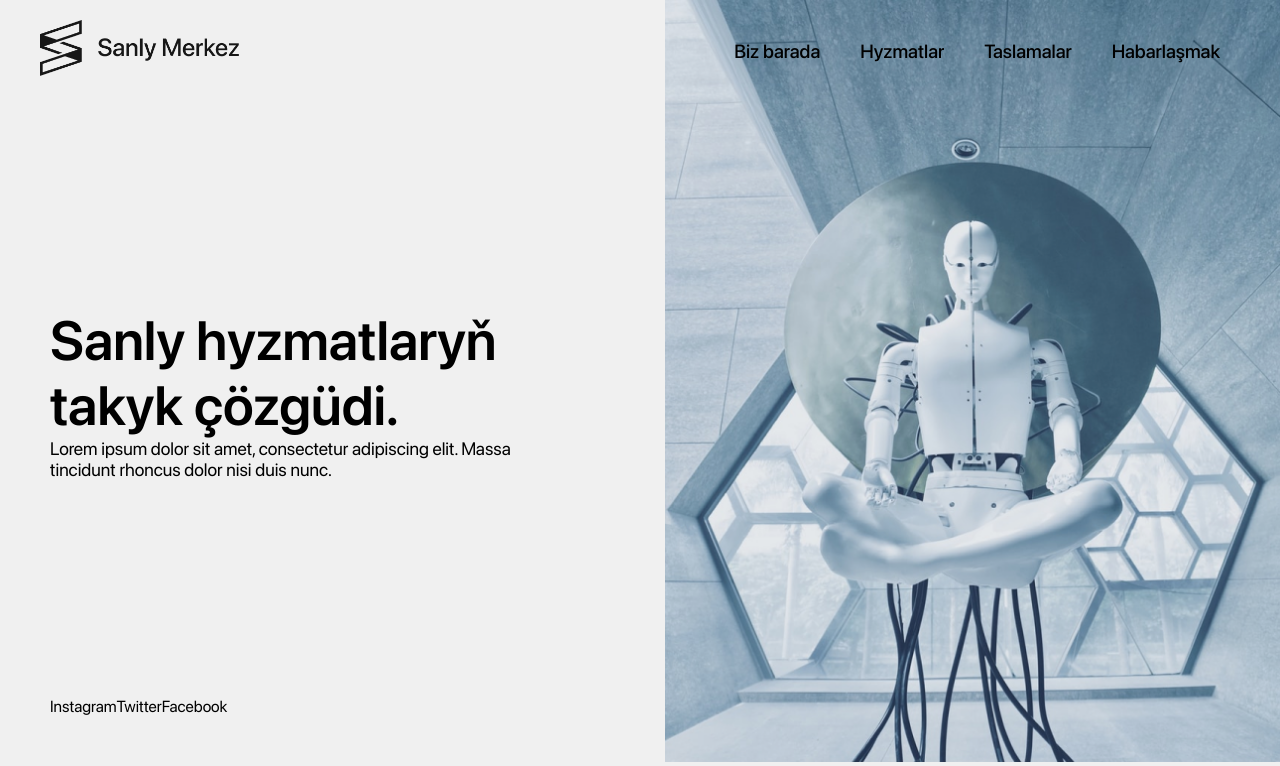
Repository: Meylis7/Sanly-Merkez-Web
Page: main.html
These files come from the project's save history. The page is drawn as it stood at one moment and after the next save; the edit follows.
The browser window is 1280 px wide. The pictures show the whole page.

Above is the page before, as saved 2022-04-26 18:56:07.

### main.html
<!DOCTYPE html>
<html lang="en" dir="ltr">
  <head>
    <meta charset="utf-8">
    <meta name="viewport" content="width=device-width, initial-scale=1.0">
    <title>Sanly merkez</title>
    <link rel="stylesheet" href="./css/main.css">
  </head>
  <body>
    <div class="main-container">
      <div class="header-container">
        <header>
          <a href="#" class="brand"><img src="/assets/logo.png" alt=""></a>
          <div class="menu">
            <div class="btn">
                <svg class="close-btn" xmlns="http://www.w3.org/2000/svg" aria-hidden="true" role="img" width="1em" height="1em" preserveAspectRatio="xMidYMid meet" viewBox="0 0 20 20"><path fill="currentColor" fill-rule="evenodd" d="M4.293 4.293a1 1 0 0 1 1.414 0L10 8.586l4.293-4.293a1 1 0 1 1 1.414 1.414L11.414 10l4.293 4.293a1 1 0 0 1-1.414 1.414L10 11.414l-4.293 4.293a1 1 0 0 1-1.414-1.414L8.586 10L4.293 5.707a1 1 0 0 1 0-1.414Z" clip-rule="evenodd"/></svg>
            </div>
            <a href="#">Biz barada</a>
            <a href="#">Hyzmatlar</a>
            <a href="#">Taslamalar</a>
            <a href="#">Habarlaşmak</a>
          </div>
          <div class="btn">
            <svg class="menu-btn" xmlns="http://www.w3.org/2000/svg" aria-hidden="true" role="img" width="1em" height="1em" preserveAspectRatio="xMidYMid meet" viewBox="0 0 20 20"><path fill="currentColor" fill-rule="evenodd" d="M3 5a1 1 0 0 1 1-1h12a1 1 0 1 1 0 2H4a1 1 0 0 1-1-1Zm0 5a1 1 0 0 1 1-1h12a1 1 0 1 1 0 2H4a1 1 0 0 1-1-1Zm6 5a1 1 0 0 1 1-1h6a1 1 0 1 1 0 2h-6a1 1 0 0 1-1-1Z" clip-rule="evenodd"/></svg>
          </div>
        </header>
      </div>

      <div class="home-section">
        <div class="home-container">
          <div class="home-left-content">
            <div class="home-slogan">
              <p class="slogan">Sanly hyzmatlaryň <br>
                takyk çözgüdi.</p>
                <p class="slogan-text">Lorem ipsum dolor sit amet, consectetur adipiscing elit. Massa <br> tincidunt rhoncus dolor nisi duis nunc.</p>
            </div>
            <div class="home-social-links">
              <a href="#">Instagram</a>
              <a href="#">Twitter</a>
              <a href="#">Facebook</a>
            </div>
          </div>
          <div class="home-right-content">
            <img src="./assets/mainphoto.png" alt="">
          </div>
        </div>
      </div>

    </div>



    <script type="text/javascript">
    //javascript for navigation bar effect on scroll
    window.addEventListener("scroll", function(){
      var header = document.querySelector("header");
      header.classList.toggle('sticky', window.scrollY > 0);
    });

    //javascript for responsive navigation sidebar menu
    var menu = document.querySelector('.menu');
    var menuBtn = document.querySelector('.menu-btn');
    var closeBtn = document.querySelector('.close-btn');

    menuBtn.addEventListener("click", () => {
      menu.classList.add('active');
    });

    closeBtn.addEventListener("click", () => {
      menu.classList.remove('active');
    });
    </script>

  </body>
</html>

### css/main.css

@font-face {
  font-family: 'SF Pro Display';
  src: url('../SFProDisplay-Medium.eot');
  src: local('../SF Pro Display Medium'), local('SFProDisplay-Medium'),
      url('../SFProDisplay-Medium.eot?#iefix') format('embedded-opentype'),
      url('../SFProDisplay-Medium.woff2') format('woff2'),
      url('../SFProDisplay-Medium.woff') format('woff'),
      url('../SFProDisplay-Medium.ttf') format('truetype');
  font-weight: 500;
  font-style: normal;
}

@font-face {
  font-family: 'SF Pro Display';
  src: url('../SFProDisplay-Heavy.eot');
  src: local('../SF Pro Display Heavy'), local('SFProDisplay-Heavy'),
      url('../SFProDisplay-Heavy.eot?#iefix') format('embedded-opentype'),
      url('../SFProDisplay-Heavy.woff2') format('woff2'),
      url('../SFProDisplay-Heavy.woff') format('woff'),
      url('../SFProDisplay-Heavy.ttf') format('truetype');
  font-weight: 900;
  font-style: normal;
}

@font-face {
  font-family: 'SF Pro Display';
  src: url('../SFProDisplay-UltralightItalic.eot');
  src: local('../SF Pro Display UltralightItalic'), local('SFProDisplay-UltralightItalic'),
      url('../SFProDisplay-UltralightItalic.eot?#iefix') format('embedded-opentype'),
      url('../SFProDisplay-UltralightItalic.woff2') format('woff2'),
      url('../SFProDisplay-UltralightItalic.woff') format('woff'),
      url('../SFProDisplay-UltralightItalic.ttf') format('truetype');
  font-weight: 200;
  font-style: italic;
}

@font-face {
  font-family: 'SF Pro Display';
  src: url('../SFProDisplay-RegularItalic.eot');
  src: local('../SF Pro Display Regular Italic'), local('SFProDisplay-RegularItalic'),
      url('../SFProDisplay-RegularItalic.eot?#iefix') format('embedded-opentype'),
      url('vSFProDisplay-RegularItalic.woff2') format('woff2'),
      url('../SFProDisplay-RegularItalic.woff') format('woff'),
      url('../SFProDisplay-RegularItalic.ttf') format('truetype');
  font-weight: normal;
  font-style: italic;
}

@font-face {
  font-family: 'SF Pro Display';
  src: url('../SFProDisplay-Thin.eot');
  src: local('../SF Pro Display Thin'), local('SFProDisplay-Thin'),
      url('../SFProDisplay-Thin.eot?#iefix') format('embedded-opentype'),
      url('../SFProDisplay-Thin.woff2') format('woff2'),
      url('../SFProDisplay-Thin.woff') format('woff'),
      url('../SFProDisplay-Thin.ttf') format('truetype');
  font-weight: 100;
  font-style: normal;
}

@font-face {
  font-family: 'SF Pro Display';
  src: url('../SFProDisplay-Light.eot');
  src: local('../SF Pro Display Light'), local('SFProDisplay-Light'),
      url('../SFProDisplay-Light.eot?#iefix') format('embedded-opentype'),
      url('../SFProDisplay-Light.woff2') format('woff2'),
      url('../SFProDisplay-Light.woff') format('woff'),
      url('../SFProDisplay-Light.ttf') format('truetype');
  font-weight: 200;
  font-style: normal;
}

@font-face {
  font-family: 'SF Pro Display';
  src: url('../SFProDisplay-BlackItalic.eot');
  src: local('../SF Pro Display Black Italic'), local('SFProDisplay-BlackItalic'),
      url('../SFProDisplay-BlackItalic.eot?#iefix') format('embedded-opentype'),
      url('../SFProDisplay-BlackItalic.woff2') format('woff2'),
      url('../SFProDisplay-BlackItalic.woff') format('woff'),
      url('../SFProDisplay-BlackItalic.ttf') format('truetype');
  font-weight: 900;
  font-style: italic;
}

@font-face {
  font-family: 'SF Pro Display';
  src: url('../SFProDisplay-Bold.eot');
  src: local('../SF Pro Display Bold'), local('SFProDisplay-Bold'),
      url('../SFProDisplay-Bold.eot?#iefix') format('embedded-opentype'),
      url('../SFProDisplay-Bold.woff2') format('woff2'),
      url('../SFProDisplay-Bold.woff') format('woff'),
      url('../SFProDisplay-Bold.ttf') format('truetype');
  font-weight: bold;
  font-style: normal;
}

@font-face {
  font-family: 'SF Pro Display';
  src: url('../SFProDisplay-Black.eot');
  src: local('../SF Pro Display Black'), local('SFProDisplay-Black'),
      url('../SFProDisplay-Black.eot?#iefix') format('embedded-opentype'),
      url('../SFProDisplay-Black.woff2') format('woff2'),
      url('../SFProDisplay-Black.woff') format('woff'),
      url('../SFProDisplay-Black.ttf') format('truetype');
  font-weight: 900;
  font-style: normal;
}

@font-face {
  font-family: 'SF Pro Display';
  src: url('../SFProDisplay-SemiboldItalic.eot');
  src: local('../SF Pro Display SemiboldItalic'), local('SFProDisplay-SemiboldItalic'),
      url('../SFProDisplay-SemiboldItalic.eot?#iefix') format('embedded-opentype'),
      url('../SFProDisplay-SemiboldItalic.woff2') format('woff2'),
      url('../SFProDisplay-SemiboldItalic.woff') format('woff'),
      url('../SFProDisplay-SemiboldItalic.ttf') format('truetype');
  font-weight: 600;
  font-style: italic;
}

@font-face {
  font-family: 'SF Pro Display';
  src: url('../SFProDisplay-Ultralight.eot');
  src: local('../SF Pro Display Ultralight'), local('SFProDisplay-Ultralight'),
      url('../SFProDisplay-Ultralight.eot?#iefix') format('embedded-opentype'),
      url('../SFProDisplay-Ultralight.woff2') format('woff2'),
      url('../SFProDisplay-Ultralight.woff') format('woff'),
      url('../SFProDisplay-Ultralight.ttf') format('truetype');
  font-weight: 200;
  font-style: normal;
}

@font-face {
  font-family: 'SF Pro Display';
  src: url('../SFProDisplay-LightItalic.eot');
  src: local('../SF Pro Display LightItalic'), local('SFProDisplay-LightItalic'),
      url('../SFProDisplay-LightItalic.eot?#iefix') format('embedded-opentype'),
      url('../SFProDisplay-LightItalic.woff2') format('woff2'),
      url('../SFProDisplay-LightItalic.woff') format('woff'),
      url('../SFProDisplay-LightItalic.ttf') format('truetype');
  font-weight: 200;
  font-style: italic;
}

@font-face {
  font-family: 'SF Pro Display';
  src: url('../SFProDisplay-ThinItalic.eot');
  src: local('../SF Pro Display ThinItalic'), local('SFProDisplay-ThinItalic'),
      url('../SFProDisplay-ThinItalic.eot?#iefix') format('embedded-opentype'),
      url('../SFProDisplay-ThinItalic.woff2') format('woff2'),
      url('../SFProDisplay-ThinItalic.woff') format('woff'),
      url('../SFProDisplay-ThinItalic.ttf') format('truetype');
  font-weight: 100;
  font-style: italic;
}

@font-face {
  font-family: 'SF Pro Display';
  src: url('../SFProDisplay-MediumItalic.eot');
  src: local('../SF Pro Display MediumItalic'), local('SFProDisplay-MediumItalic'),
      url('../SFProDisplay-MediumItalic.eot?#iefix') format('embedded-opentype'),
      url('../SFProDisplay-MediumItalic.woff2') format('woff2'),
      url('../SFProDisplay-MediumItalic.woff') format('woff'),
      url('../SFProDisplay-MediumItalic.ttf') format('truetype');
  font-weight: 500;
  font-style: italic;
}

@font-face {
  font-family: 'SF Pro Display';
  src: url('../SFProDisplay-Semibold.eot');
  src: local('SF Pro Display Semibold'), local('SFProDisplay-Semibold'),
      url('../SFProDisplay-Semibold.eot?#iefix') format('embedded-opentype'),
      url('../SFProDisplay-Semibold.woff2') format('woff2'),
      url('../SFProDisplay-Semibold.woff') format('woff'),
      url('../SFProDisplay-Semibold.ttf') format('truetype');
  font-weight: 600;
  font-style: normal;
}

@font-face {
  font-family: 'SF Pro Display';
  src: url('../SFProDisplay-HeavyItalic.eot');
  src: local('../SF Pro Display HeavyItalic'), local('SFProDisplay-HeavyItalic'),
      url('../SFProDisplay-HeavyItalic.eot?#iefix') format('embedded-opentype'),
      url('../SFProDisplay-HeavyItalic.woff2') format('woff2'),
      url('../SFProDisplay-HeavyItalic.woff') format('woff'),
      url('../SFProDisplay-HeavyItalic.ttf') format('truetype');
  font-weight: 900;
  font-style: italic;
}

@font-face {
  font-family: 'SF Pro Display';
  src: url('../SFProDisplay-Regular.eot');
  src: local('../SF Pro Display Regular'), local('SFProDisplay-Regular'),
      url('../SFProDisplay-Regular.eot?#iefix') format('embedded-opentype'),
      url('../SFProDisplay-Regular.woff2') format('woff2'),
      url('../SFProDisplay-Regular.woff') format('woff'),
      url('../SFProDisplay-Regular.ttf') format('truetype');
  font-weight: normal;
  font-style: normal;
}

@font-face {
  font-family: 'SF Pro Display';
  src: url('../SFProDisplay-BoldItalic.eot');
  src: local('../SF Pro Display BoldItalic'), local('SFProDisplay-BoldItalic'),
      url('../SFProDisplay-BoldItalic.eot?#iefix') format('embedded-opentype'),
      url('../SFProDisplay-BoldItalic.woff2') format('woff2'),
      url('../SFProDisplay-BoldItalic.woff') format('woff'),
      url('../SFProDisplay-BoldItalic.ttf') format('truetype');
  font-weight: bold;
  font-style: italic;
}


*{
  margin: 0;
  padding: 0;
  box-sizing: border-box;
  font-family: "SF Pro Display";

}
a{
  text-decoration: none;
}

body{
  min-height: 100vh;
  background: #F0F0F0;
}
header{
  z-index: 999;
  position: fixed;
  top: 0;
  left: 0;
  width: 100%;
  display: flex;
  justify-content: space-between;
  align-items: center;
  padding: 20px 40px;
  transition: 0.6s;
  transform: translate(calc(50vw - 50%));
}

header.sticky{
  background: #ffffff;
  padding: 15px 70px;

}

header .brand{
  color: #fff;
  font-size: 30px;
  font-weight: 700;
  text-transform: uppercase;
  text-decoration: none;
  letter-spacing: 2px;
}

header .menu{
  position: relative;
  display: flex;
  justify-content: center;
  align-items: center;
}

header .menu a{
  color: rgb(0, 0, 0);
  font-size: 19px;
  font-weight: 500;
  text-decoration: none;
  padding: 7px 10px;
  margin: 0 10px;
  padding: 0 10px;
  border-radius: 20px;
  transition: 0.3s;
  transition-property: color, background;
}

header .menu a:hover{
  color: #000;
  background: #fff;
}

header .btn{
  color: rgb(94, 0, 0);
  font-size: 25px;
  cursor: pointer;
  display: none;
}
/* .main-container{
    max-width: 1240px;
    height: 100%;
    margin: 0 auto;
} */
.brand{
  width: 200px;
}
.brand img{
  width: 100%;
}
.home-container{
  display: flex;
  width: 100%;

}
.home-left-content,.home-right-content{
  flex: 1;
}
.home-left-content{
  display: flex;
  flex-direction: column;
  justify-content: space-between;
  padding-left: 50px;
}
.home-right-content img{
  width: 100%;
}
.slogan{
  font-size: 55px;
  font-family: "SF Pro Display";
  font-weight: 600;
  margin-top: 50%;
}
.slogan-text{
  font-size: 18px;
  font-family: "SF Pro Display";
}
.home-social-links{
  margin-bottom: 50px;
  display: flex;
}
.home-social-links a {
  color: #000;
}

@media (max-width: 1060px){
  header .btn{
    display: block;
  }

  header .menu{
    position: fixed;
    background: #ffffff;
    flex-direction: column;
    min-width: 400px;
    height: 100vh;
    top: 0;
    right: -100%;
    padding: 80px 50px;
    transition: 0.5s;
    transition-property: right;
  }

  header .menu.active{
    right: 0;
  }

  header .menu .close-btn{
    position: absolute;
    top: 0;
    left: 0;
    margin: 25px;
  }

  header .menu a{
    display: block;
    font-size: 20px;
    margin: 20px;
    padding: 0 15px;
  }
}

After the next save:
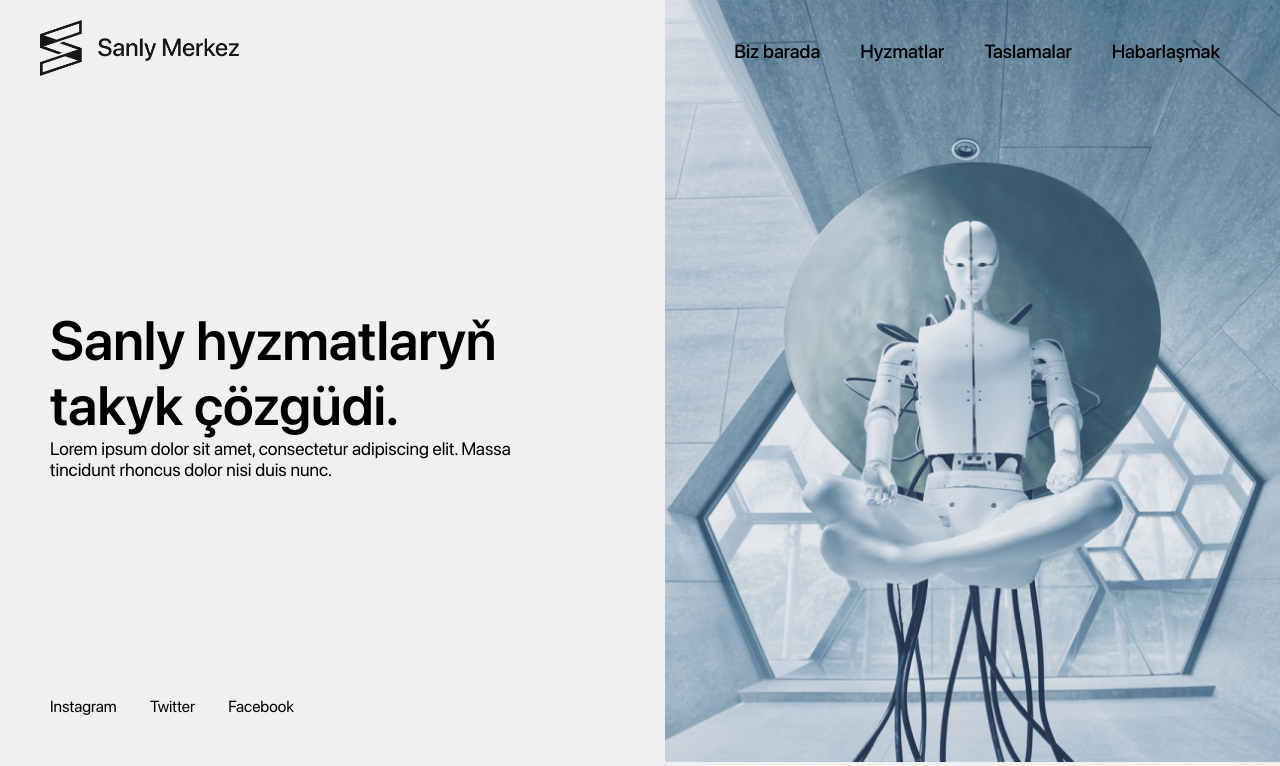
Saved 15 s later.
--- a/css/main.css
+++ b/css/main.css
@@ -331,10 +331,10 @@ header .btn{
 }
 .home-social-links{
   margin-bottom: 50px;
-  display: flex;
 }
 .home-social-links a {
   color: #000;
+  margin-right: 30px;
 }
 
 @media (max-width: 1060px){
